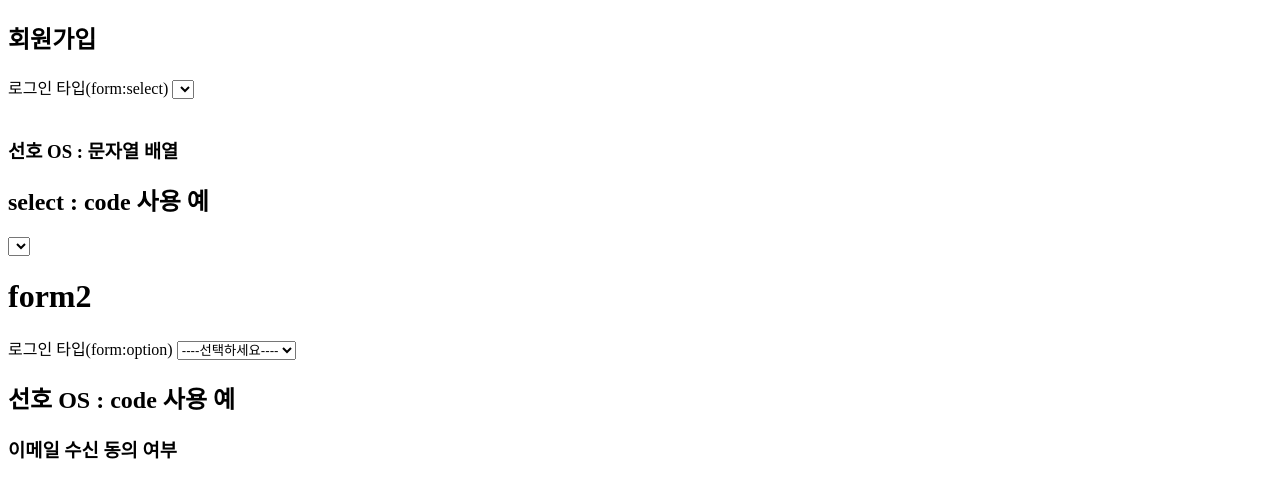
Repository: hanskim431/STS_Study
Page: http://localhost/sp5-chap11/WEB-INF/view/form/form2.jsp
An editor plug-in stored every save of this project. The page is shown before and after the next save, followed by the edit.
The browser window is 1280 px wide. The pictures show the whole page.
The page is served by Tomcat 9. Nobody is signed in. Other server files are loaded and not shown. The template is opened directly, without the code that normally fills it, so the values that code supplies are empty.

Above is the page before, as saved 2023-06-09 03:07:48.

### sp5-chap11/src/main/webapp/WEB-INF/view/form/form2.jsp
<%@ page language="java" contentType="text/html; charset=UTF-8"
    pageEncoding="UTF-8"%>
<%@ taglib prefix="c" uri="http://java.sun.com/jsp/jstl/core" %>
<%@ taglib prefix="form" uri="http://www.springframework.org/tags/form" %>
<!DOCTYPE html>
<html>
<head>
<meta charset="UTF-8">
<title>Insert title here</title>
</head>
<body>
<h2>회원가입</h2>
<form:form modelAttribute="formCommand">
	<!--  -->
	<div>
		<label for="loginType">로그인 타입(form:select)</label>
		<form:select path="loginType" items="${loginType}"></form:select>
	</div>

	<br>

	<div>
	<h3>선호 OS : 문자열 배열</h3>
	<form:checkboxes items="${favoriteOsNames}" path="favoriteOS" element="div"/>
	</div>

	<div>
	<h2>select : code 사용 예</h2>
	<form:select path="jobCode">
		<form:options items="${jobCode}" itemLabel="label" itemValue="code"/>
	</form:select>
	</div>

</form:form>

<form:form modelAttribute="formCommand">
	<h1>form2</h1>
	<div>
		<label for="loginType">로그인 타입(form:option)</label>
		<form:select path="loginType">
			<option value="">----선택하세요----</option>
			<form:option value="특수회원"/>
			<form:options items="${loginType}"/>
		</form:select>
	</div>

	<div>
	<h2>선호 OS : code 사용 예</h2>
		<form:checkboxes items="${favoriteOsCodes}" path="favoriteOS" itemLabel="label" itemValue="code"/>
	</div>

	<h3>이메일 수신 동의 여부</h3>
</form:form>
</body>
</html>

After the next save:
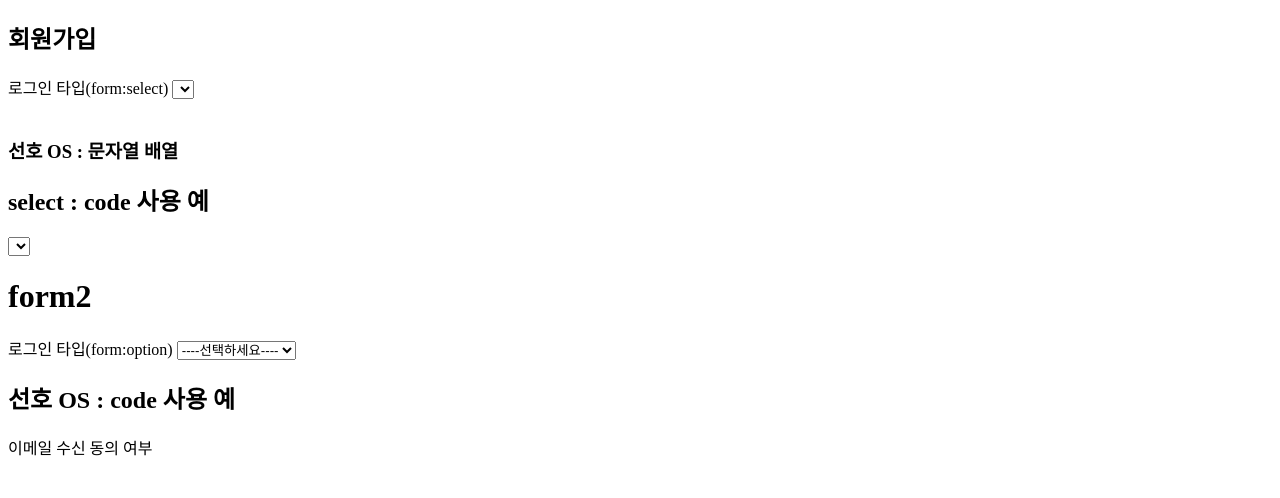
Saved 15 s later.
--- a/sp5-chap11/src/main/webapp/WEB-INF/view/form/form2.jsp
+++ b/sp5-chap11/src/main/webapp/WEB-INF/view/form/form2.jsp
@@ -49,7 +49,7 @@
 		<form:checkboxes items="${favoriteOsCodes}" path="favoriteOS" itemLabel="label" itemValue="code"/>
 	</div>
 
-	<h3>이메일 수신 동의 여부</h3>
+	<label>이메일 수신 동의 여부</label>
 </form:form>
 </body>
 </html>
